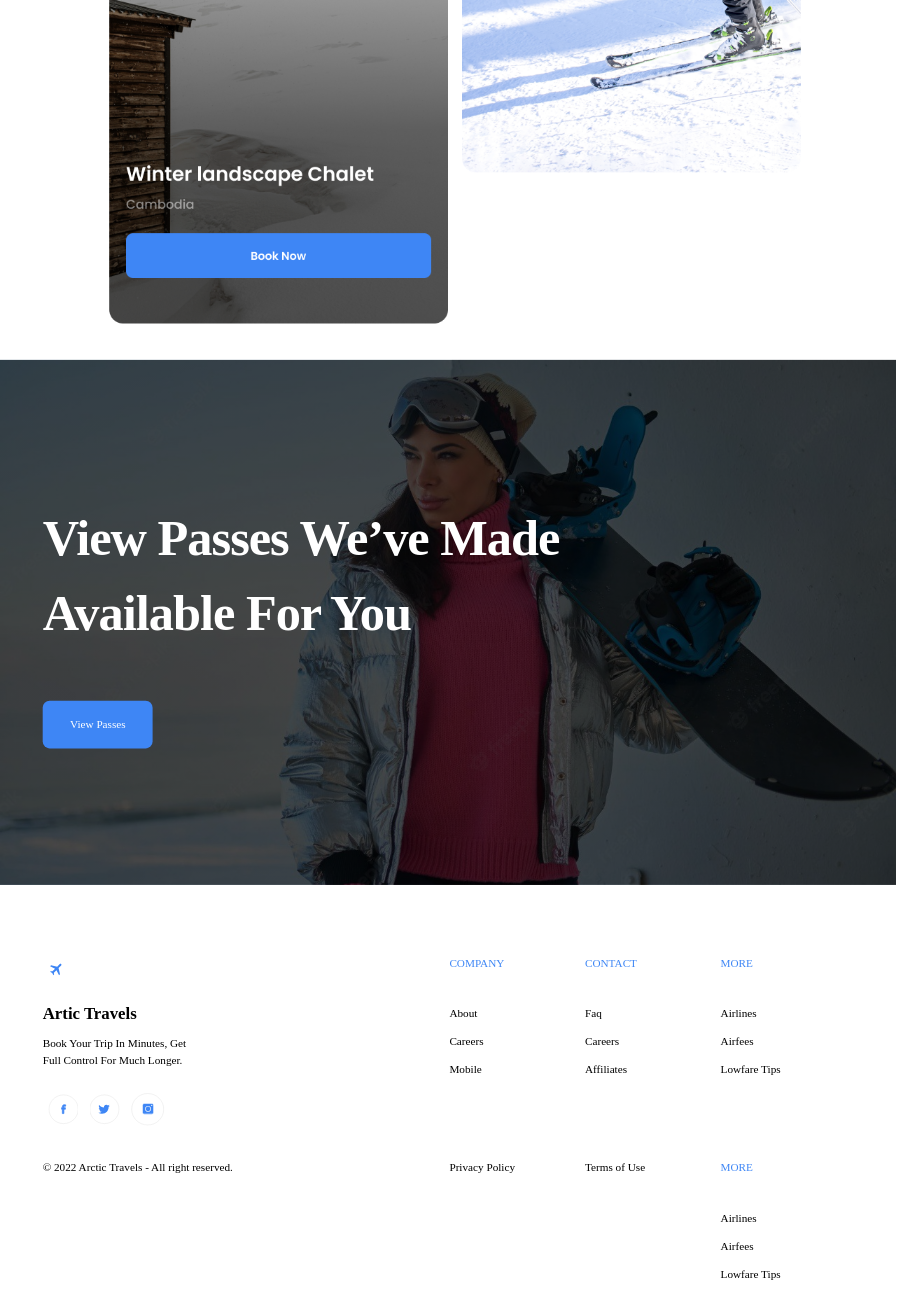
Repository: swissjake/arctic-travel-agency
Page: /
These files come from the project's save history. The page is drawn as it stood at one moment and after the next save; the edit follows.
The browser window is 1280 px wide. The page is 1300 px wide, so the pictures cover 1300 px, including what lies to the right of the window. The pictures show the part of the page from y = 4013 to 5893 px (the page is 5893 px tall before and 5761 px after), at 70% of full size.
The project was rebuilt for these pictures with package versions that can differ from the ones it lists, and the page was loaded fresh each time. Also part of the build but not shown: src/App.css.

Above is the page before, as saved 2022-05-04 17:38:22.

After the next save:
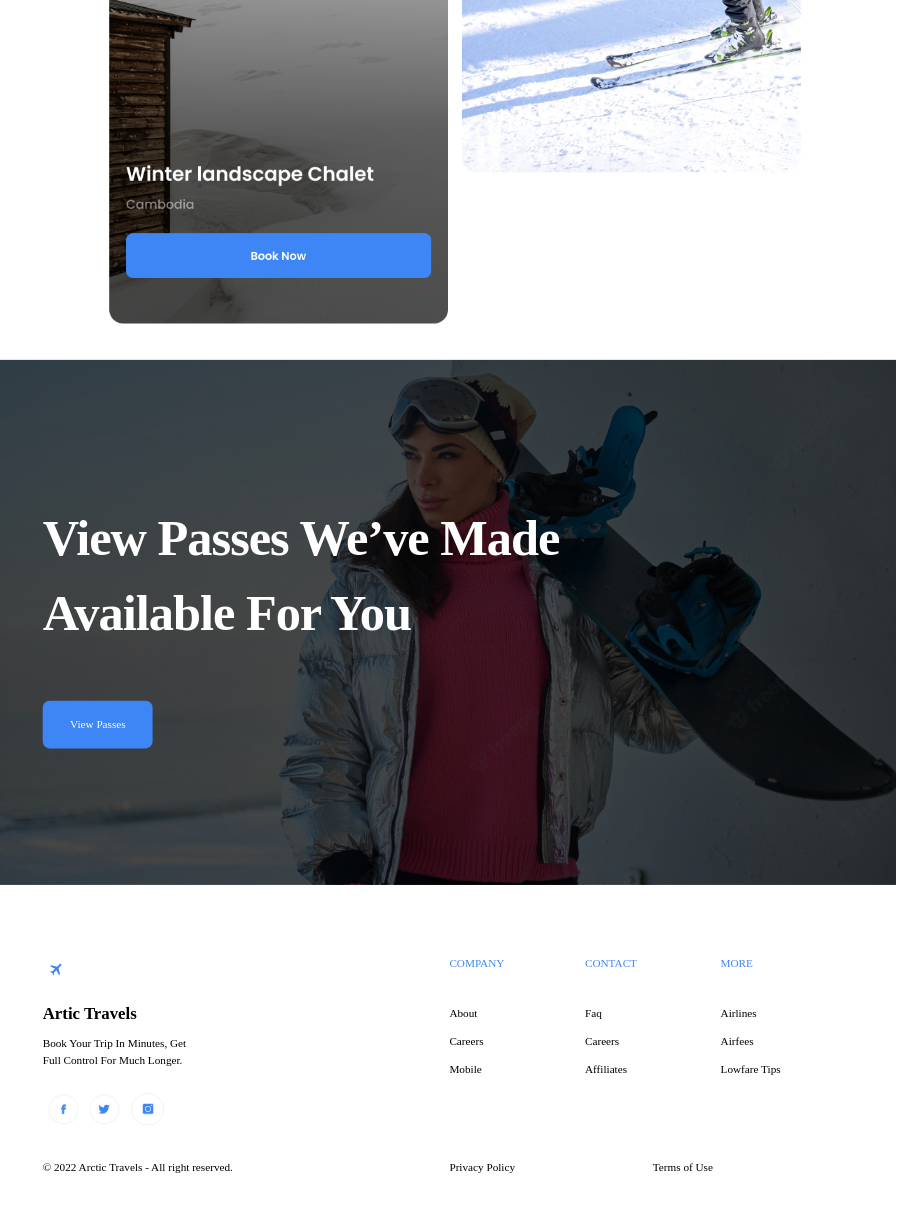
Saved 7 s later.
--- a/src/components/Footer/Footer.tsx
+++ b/src/components/Footer/Footer.tsx
@@ -75,14 +75,6 @@
 Terms of Use
 </div>
 
-<div className='mb-5 flex-1'>
-  <h2 className="text-[#3E86F5] mb-[40px] uppercase">more</h2>
-  <ul>
-    {more.map((item,index)=>(
-      <li className="capitalize leading-10">{item}</li>
-    ))}
-  </ul>
-</div>
 
 
               </div>

After the save that followed:
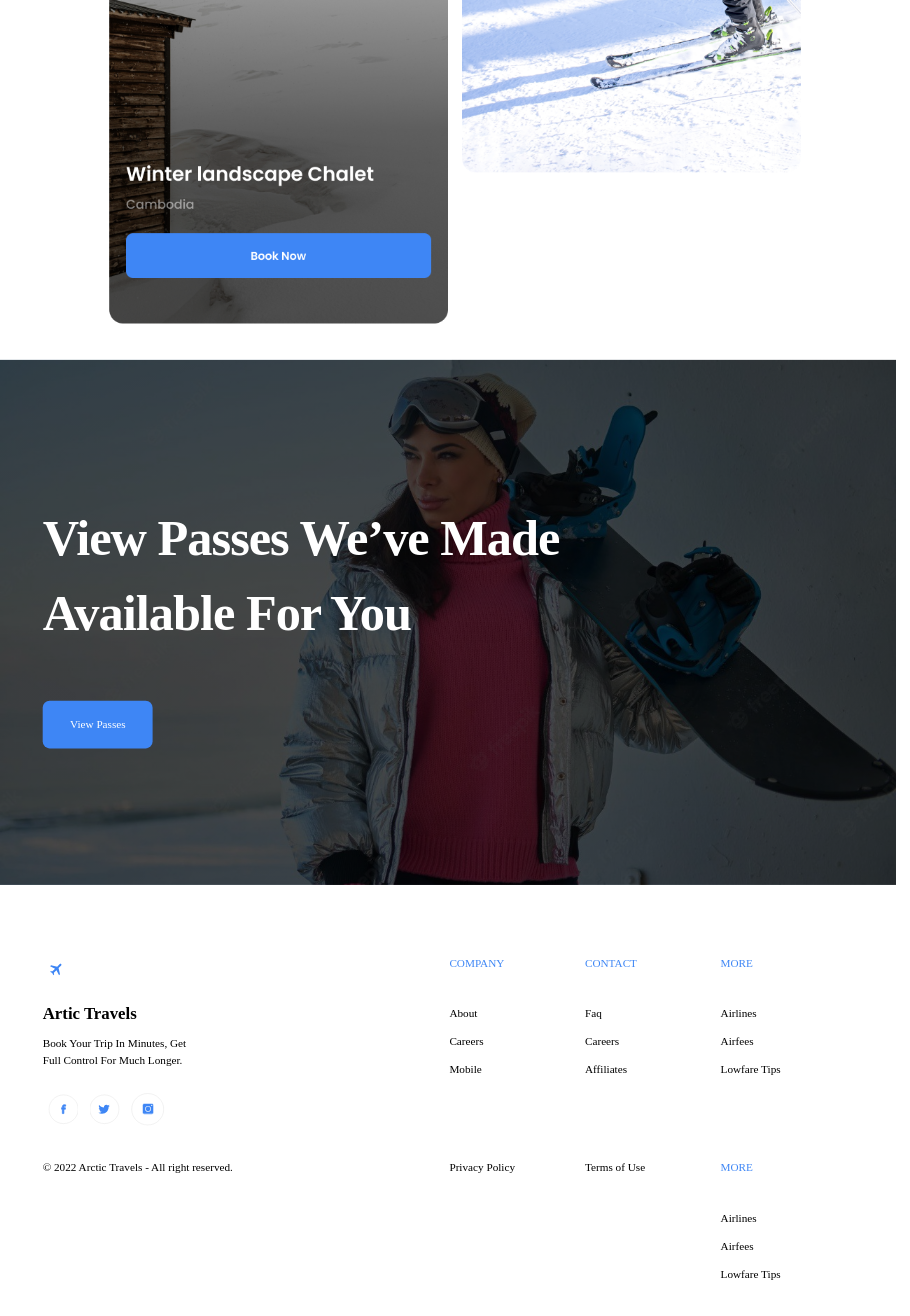
Saved 36 s later.
--- a/src/components/Footer/Footer.tsx
+++ b/src/components/Footer/Footer.tsx
@@ -75,6 +75,14 @@
 Terms of Use
 </div>
 
+<div className='mb-5 flex-1'>
+  <h2 className="text-[#3E86F5] mb-[40px] uppercase">more</h2>
+  <ul>
+    {more.map((item,index)=>(
+      <li className="capitalize leading-10">{item}</li>
+    ))}
+  </ul>
+</div>
 
 
               </div>
